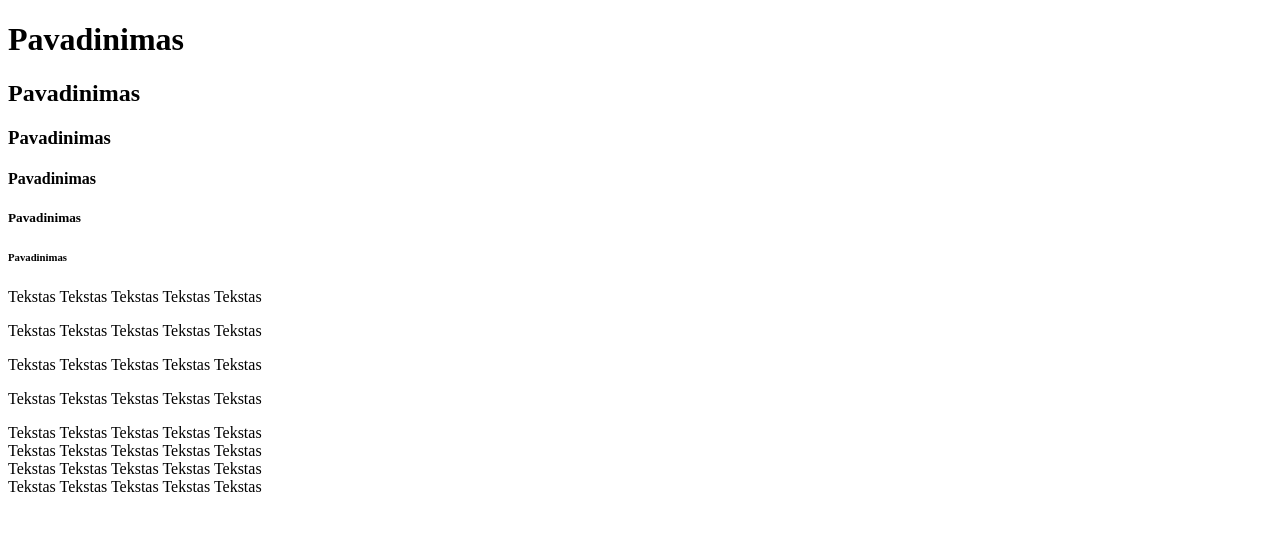
Repository: motiejus1/01-paskait
Page: pirmas.html
An editor plug-in stored every save of this project. The page is shown before and after the next save, followed by the edit.
The browser window is 1280 px wide. The pictures show the whole page.

Above is the page before, as saved 2021-05-31 20:41:56.

### pirmas.html
<!DOCTYPE html>

<html lang="en">
    <head>
        <meta charset="UTF-8">
        <meta http-equiv="X-UA-Compatible" content="IE=edge">
        <meta name="viewport" content="width=device-width, initial-scale=1.0">
        <title>Pirma paskaita</title>
    </head>

    <body>

        <h1>Pavadinimas</h1>
        <h2>Pavadinimas</h2>
        <h3>Pavadinimas</h3>
        <h4>Pavadinimas</h4>
        <h5>Pavadinimas</h5>
        <h6>Pavadinimas</h6>

        <p>Tekstas Tekstas Tekstas Tekstas Tekstas</p>
        <p>Tekstas Tekstas Tekstas Tekstas Tekstas</p>
        <p>Tekstas Tekstas Tekstas Tekstas Tekstas</p>
        <p>Tekstas Tekstas Tekstas Tekstas Tekstas</p>

        <span>Tekstas Tekstas Tekstas Tekstas Tekstas</span><br>
        <span>Tekstas Tekstas Tekstas Tekstas Tekstas</span><br>
        <span>Tekstas Tekstas Tekstas Tekstas Tekstas</span><br>
        <span>Tekstas Tekstas Tekstas Tekstas Tekstas</span><br>

        <img src=''>

    </body>

</html>

After the next save:
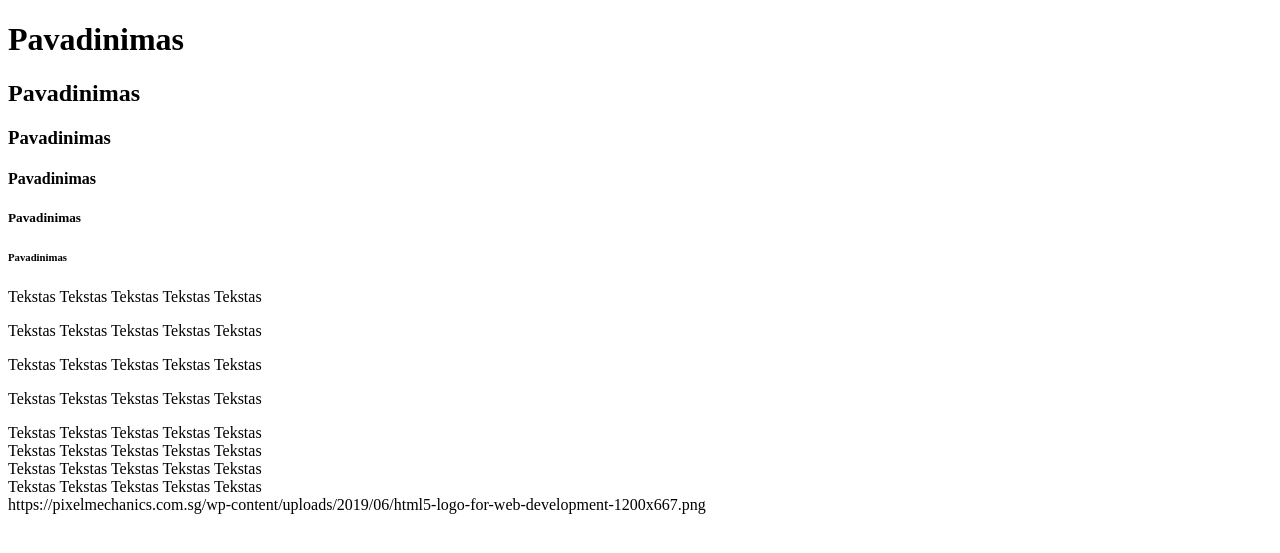
Saved 51 s later.
--- a/pirmas.html
+++ b/pirmas.html
@@ -27,7 +27,7 @@
         <span>Tekstas Tekstas Tekstas Tekstas Tekstas</span><br>
         <span>Tekstas Tekstas Tekstas Tekstas Tekstas</span><br>
 
-        <img src=''>
+        <img src=''>https://pixelmechanics.com.sg/wp-content/uploads/2019/06/html5-logo-for-web-development-1200x667.png
 
     </body>
 

After the save that followed:
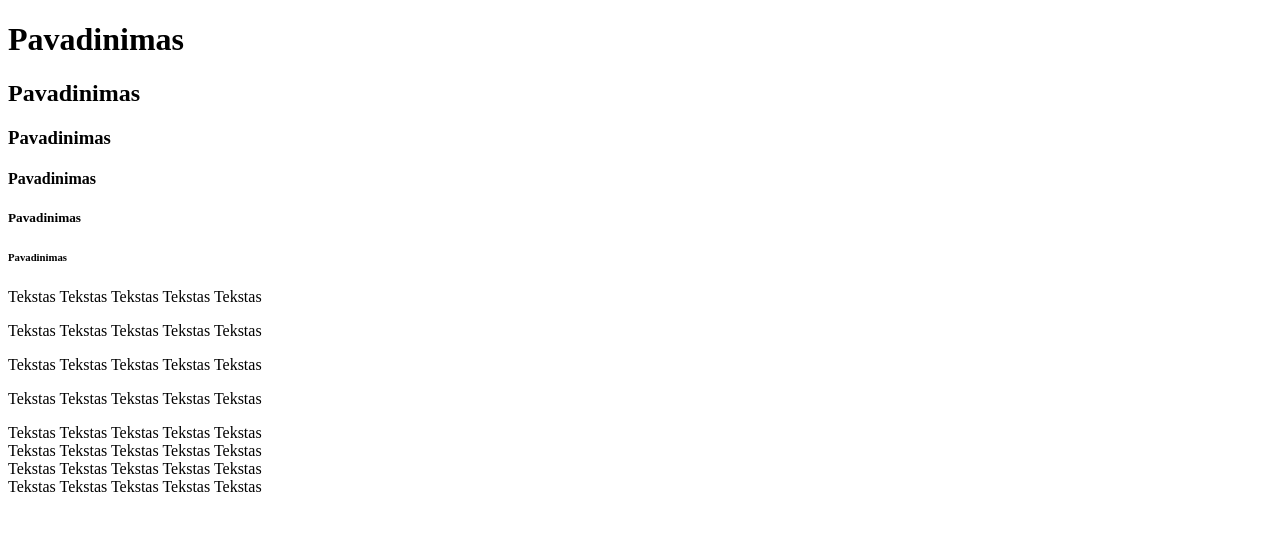
Saved 47 s later.
--- a/pirmas.html
+++ b/pirmas.html
@@ -27,7 +27,7 @@
         <span>Tekstas Tekstas Tekstas Tekstas Tekstas</span><br>
         <span>Tekstas Tekstas Tekstas Tekstas Tekstas</span><br>
 
-        <img src=''>https://pixelmechanics.com.sg/wp-content/uploads/2019/06/html5-logo-for-web-development-1200x667.png
+        <img src=''>
 
     </body>
 
